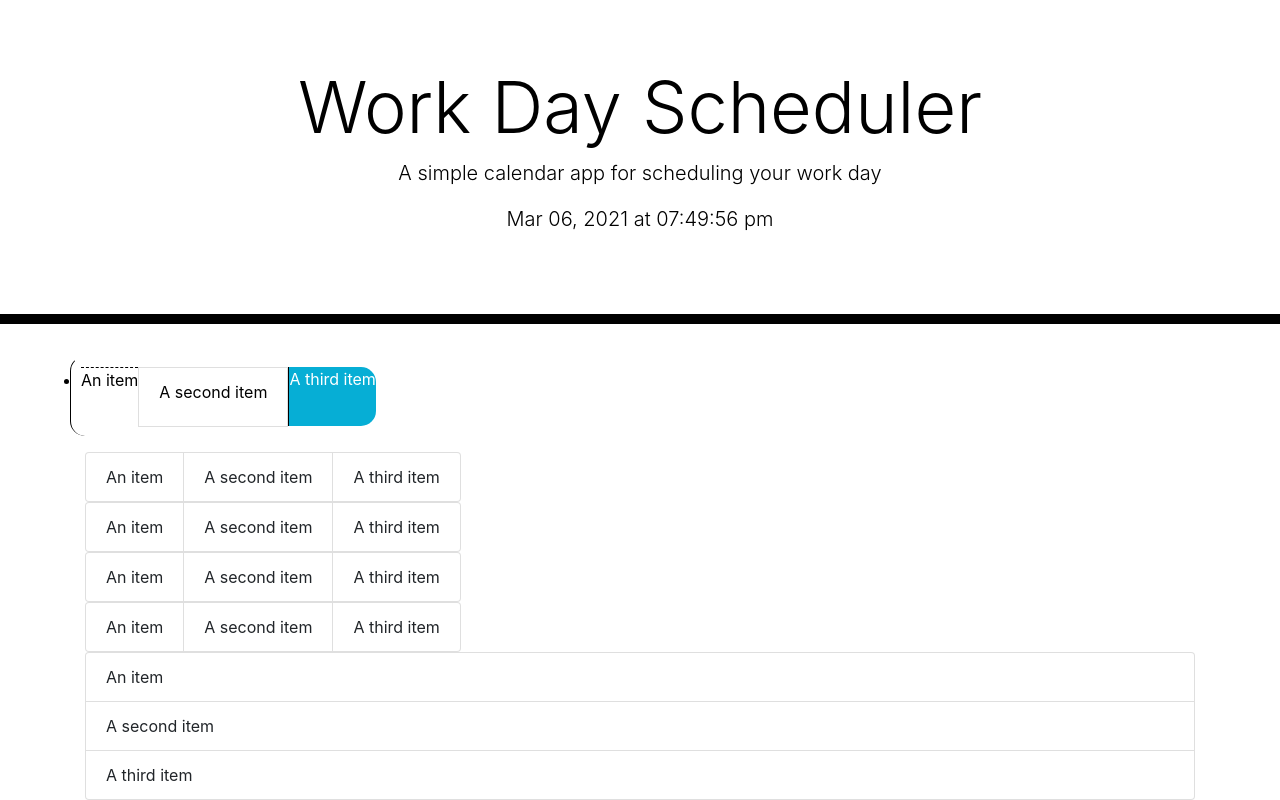
Repository: ziffoit/Work-Day_Scheduler
Page: Develop/index.html
An editor plug-in stored every save of this project. The page is shown before and after the next save, followed by the edit.
The browser window is 1280 px wide. The pictures show the whole page.
Some web libraries are served in a nearby version.

Above is the page before, as saved 2021-03-16 17:57:39.

After the next save:
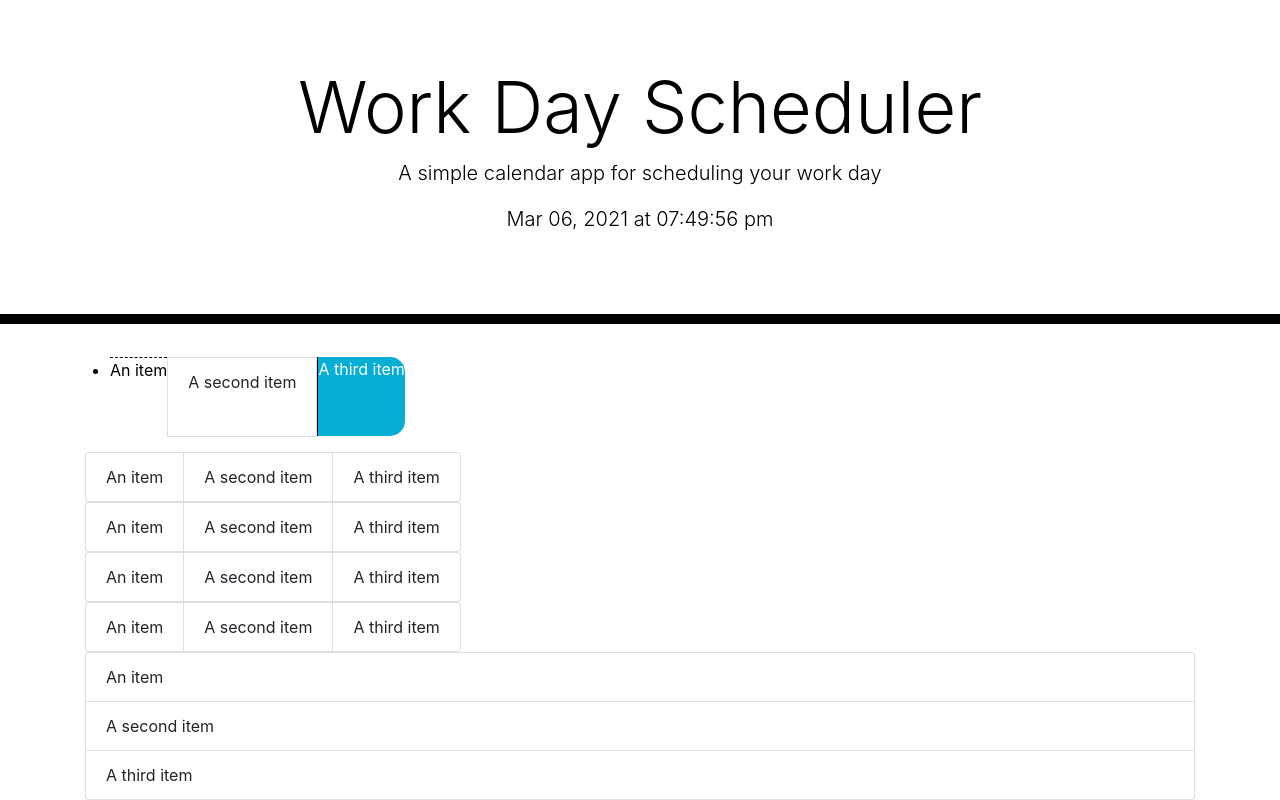
Saved 101 s later.
--- a/Develop/style.css
+++ b/Develop/style.css
@@ -4,7 +4,7 @@ hourbody {
   line-height: 1;
 }
 
-.textarea {
+textarea {
   background: transparent;
   border: none;
   resize: none;
